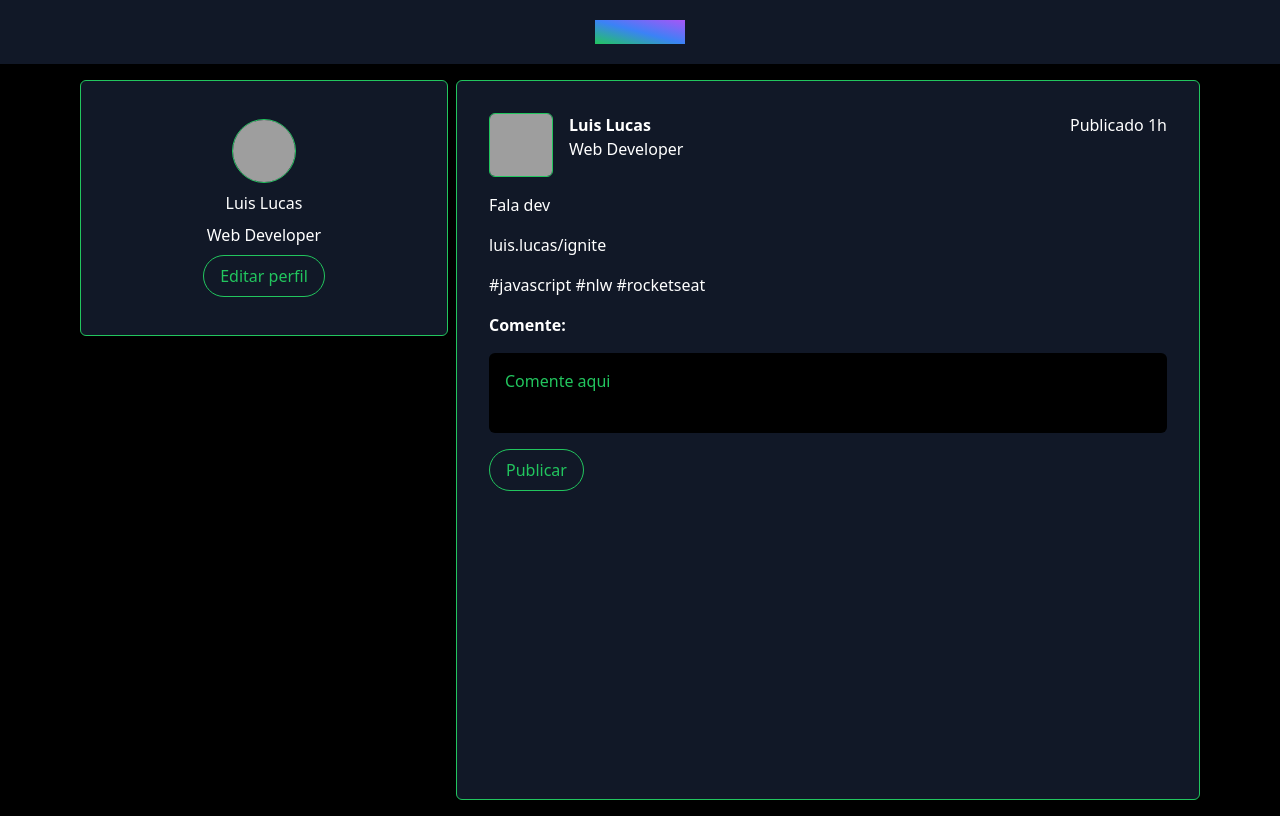
Repository: LuisSempre/ignite-feed
Page: /
An editor plug-in stored every save of this project. The page is shown before and after the next save, followed by the edit.
The browser window is 1280 px wide. The pictures show the whole page.
Pictures or frames that could not be fetched are drawn as grey boxes. The project was rebuilt for these pictures with package versions that can differ from the ones it lists, and the page was loaded fresh each time. Also part of the build but not shown: vite.config.js.

Above is the page before, as saved 2022-07-14 00:08:55.

After the next save:
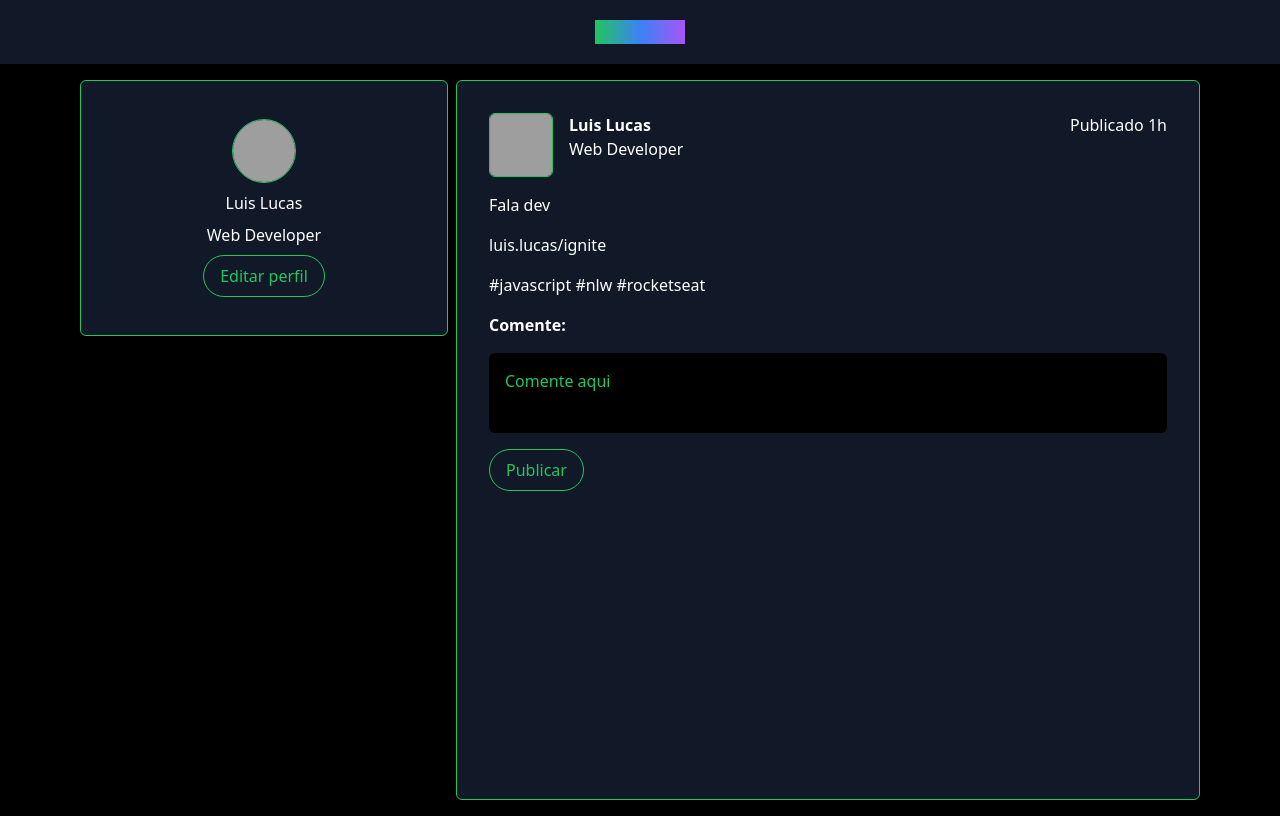
Saved 14 s later.
--- a/src/Components/Header.jsx
+++ b/src/Components/Header.jsx
@@ -1,7 +1,7 @@
 export function Header() {
   return (
     <div className="flex items-center justify-center h-16 bg-gray-900 mx-auto w-full">
-      <h1 className="font-bold text-transparent bg-gradient-to-tr from-green-500  via-blue-500 to-purple-500">Ignite Feed</h1>
+      <h1 className="font-bold text-transparent bg-gradient-to-r from-green-500  via-blue-500 to-purple-500">Ignite Feed</h1>
     </div>
   )
 }
